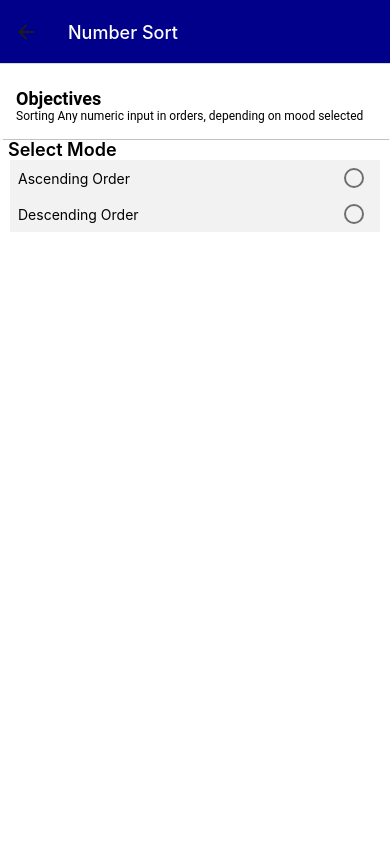
Repository: seyicoded/rn-crazy-algorithm-app
Screen: /Sort_simple_number
The author's editor kept a copy of each file at every save. The screen is drawn from the files as they stood at one save, then again after the next save.
The app was drawn by React Native's web renderer in a window 390 px wide. The project was rebuilt for these pictures with package versions that can differ from the ones it lists, and the page was loaded fresh each time. Also part of the build but not shown: src/screens/sort.js, src/screens/filter.js, src/screens/advance.js, src/screens/sorts/Sort_alphabet.js.

Above is the screen before, as saved 2022-03-30 17:48:21.

### App.js
import 'react-native-gesture-handler';
import { StatusBar } from 'expo-status-bar';
import { StyleSheet, Text, View } from 'react-native';
import Main from './src/main'
export default function App() {
  return (
    <View style={styles.container}>
      <Main />
      <StatusBar style="auto" />
    </View>
  );
}

const styles = StyleSheet.create({
  container: {
    flex: 1,
    backgroundColor: '#fff',
  },
});

### src/main.js
import { View, Text } from 'react-native'
import React from 'react'
import {NavigationContainer} from '@react-navigation/native'
import {createStackNavigator} from '@react-navigation/stack'
import Home from './screens/index'
import Sort from './screens/sort'
import Filter from './screens/filter'
import Advance from './screens/advance'
import Sort_simple_number from './screens/sorts/Sort_simple_number'
import Sort_alphabet from './screens/sorts/Sort_alphabet'

const StackNav = createStackNavigator()

export default function Main() {
  return (
    <NavigationContainer>
        <StackNav.Navigator>
            <StackNav.Screen name="Home" options={{headerMode: 'none'}} component={Home} />
            <StackNav.Screen name="Filter" options={{headerMode: 'none'}} component={Filter} />
            <StackNav.Screen name="Sort" options={{headerMode: 'none'}} component={Sort} />
            <StackNav.Screen name="Advance" options={{headerMode: 'none'}} component={Advance} />

            {/* sort aspect */}
            <StackNav.Screen name="Sort_simple_number" options={{title: 'Number Sort', headerStyle: {backgroundColor: 'darkblue', color: 'white'}, headerTitleStyle: {color: 'white'}}} component={Sort_simple_number} />
            <StackNav.Screen name="Sort_alphabet" options={{title: 'Alphabet Sort', headerStyle: {backgroundColor: 'darkblue', color: 'white'}, headerTitleStyle: {color: 'white'}}} component={Sort_alphabet} />
        </StackNav.Navigator>
    </NavigationContainer>
  )
}

### src/screens/index.js
import { View, Text, StyleSheet, FlatList, TouchableOpacity } from 'react-native'
import React, {useState, useEffect, useRef} from 'react'
import Header from '../layout/header'
import { List, Avatar, Card, Title, Paragraph, Button } from 'react-native-paper';

const data = [
    {
        id: 'Sort',
        image: 'https://picsum.photos/700',
        title: 'Sort',
    },
    {
        id: 'Filter',
        image: 'https://picsum.photos/700',
        title: 'Filter',
    },
    {
        id: 'Advance',
        image: 'https://picsum.photos/700',
        title: 'Advance',
    },
]

export default function Index({route, navigation}) {
    const [color, setColor] = useState('darkblue');
    var timer = null;
    var ColorChanger = useRef('darkblue');


    useEffect(()=>{
        timer = setInterval(()=>{
            // console.log('.')
            ColorChanger.current = (ColorChanger.current == 'darkblue') ? 'darkred' : 'darkblue';
            setColor(ColorChanger.current);
        }, 1000);
        return ()=>{
            clearInterval(timer);
        }
    }, [])

    const styles = StyleSheet.create({
        container: {
          flex: 1,
          width: '100%',
          backgroundColor: '#fff',
        },
        header: {
            fontSize: 16,
            textAlign: 'center',
            marginTop: 20,
            marginBottom: 20,
            color: color,
            fontWeight: '700',
        },
        list: {
            width: '100%',
        },
        card: {
            // backgroundColor: 'red',
            margin: 20,
            shadowColor: '#000',
            shadowOffset: { width: 0, height: 2 },
            shadowOpacity: 0.8,
            elevation: 4
        }
    });

    return (
        <View style={styles.container}>
            <Header title="Home" visible={false} navigation={navigation} />
            <Text style={styles.header}>Let's Prep Shall We</Text>

            <FlatList
                data={data}
                style={styles.list}
                renderItem={({ item }) => {
                    return (
                        <TouchableOpacity onPress={() => navigation.navigate(item.id, {title: item.title})}>
                            <Card style={styles.card}>
                                <Card.Cover source={{ uri: item.image }} />
                                {/* <Card.Actions style={{justifyContent: 'center'}}>
                                    <Button onPress={()=>navigation.navigate(item.id)}>{item.title}</Button>

                                </Card.Actions> */}

                                <Card.Content style={{justifyContent: 'center'}}>
                                    <Title style={{textAlign: 'center', marginTop:12, color: 'darkblue'}}>{item.title}</Title>
                                </Card.Content>
                            </Card>
                        </TouchableOpacity>
                    )
                }}
                numColumns={1}
            />

            {/* <Card>
                <Card.Cover source={{ uri: 'https://picsum.photos/700' }} />

                <Card.Content>
                    <Title>Card title</Title>
                </Card.Content>
            </Card> */}

        </View>
    )
}

### src/screens/sorts/Sort_simple_number.js
import { StyleSheet, Text, View, TouchableOpacity } from 'react-native'
import React from 'react'
import { Banner, RadioButton } from 'react-native-paper';

export default function Sort_simple_number() {
    const [value, setValue] = React.useState('first');
  return (
    <View style={styles.container}>
        <Banner
            visible={true}
            actions={[
            ]}
            >
                <View>
                    <Text style={{fontWeight: '600', fontSize: 18}}>Objectives</Text>
                    <Text />
                    <Text style={{fontSize: 12}}>Sorting Any numeric input in orders, depending on mood selected</Text>
                </View>
        </Banner>
        <Text />
        <Text style={styles.title_element}>Select Mode</Text>

        <RadioButton.Group onValueChange={newValue => setValue(newValue)} value={value}>
            <TouchableOpacity onPress={()=>setValue('first')}>
                <View style={styles.radio}>
                    <Text>Ascending Order</Text>
                    <RadioButton value="ascending" />
                </View>
            </TouchableOpacity>
            <TouchableOpacity onPress={()=>setValue('second')}>
                <View style={styles.radio}>
                    <Text>Descending Order</Text>
                    <RadioButton value="descending" />
                </View>
            </TouchableOpacity>
        </RadioButton.Group>

    </View>
  )
}

const styles = StyleSheet.create({
    container: {
        flex: 1,
        backgroundColor: '#fff',
    },
    title_element: {
        fontWeight: '600',
        fontSize: 18,
        paddingLeft: 8
    },
    radio: {
        flexDirection: 'row',
        justifyContent: 'space-between',
        alignItems: 'center',
        marginHorizontal: 10,
        backgroundColor: 'rgba(0, 0, 0, 0.05)',
        paddingHorizontal: 8,
    }
})

### src/layout/header.js
import { View, Text } from 'react-native'
import React, {useState, useEffect} from 'react'
import { Appbar } from 'react-native-paper';

export default function Header({title, visible, navigation}) {
    // const [visible, setVisible] = useState(false);

    if(visible){
        return (
            <Appbar.Header style={{backgroundColor: 'darkblue'}}>
                {
                    (visible) ?
                    <Appbar.BackAction onPress={()=>navigation.goBack()} />
                    :<></>
                }
                <Appbar.Content title={title} />
            </Appbar.Header>
          )
    }else{
        return (
            <Appbar.Header style={{backgroundColor: 'darkblue'}}>
                <Appbar.Content title={title} />
            </Appbar.Header>
          )
    }

}

After the next save:
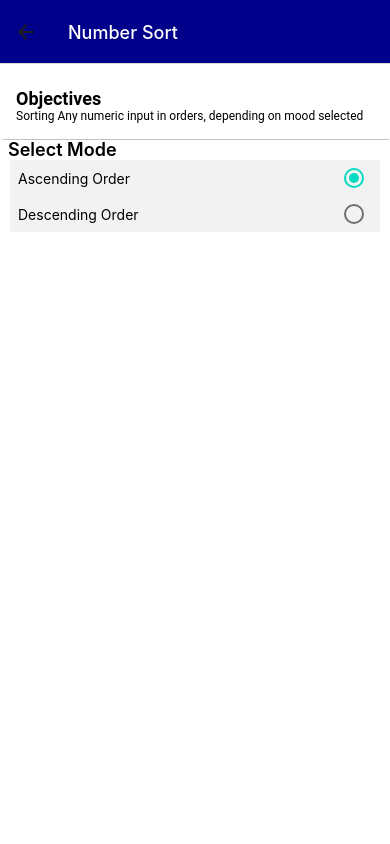
Saved 19 s later.
--- a/src/screens/sorts/Sort_simple_number.js
+++ b/src/screens/sorts/Sort_simple_number.js
@@ -3,7 +3,7 @@ import React from 'react'
 import { Banner, RadioButton } from 'react-native-paper';
 
 export default function Sort_simple_number() {
-    const [value, setValue] = React.useState('first');
+    const [value, setValue] = React.useState('ascending');
   return (
     <View style={styles.container}>
         <Banner
@@ -21,13 +21,13 @@ export default function Sort_simple_number() {
         <Text style={styles.title_element}>Select Mode</Text>
 
         <RadioButton.Group onValueChange={newValue => setValue(newValue)} value={value}>
-            <TouchableOpacity onPress={()=>setValue('first')}>
+            <TouchableOpacity onPress={()=>setValue('ascending')}>
                 <View style={styles.radio}>
                     <Text>Ascending Order</Text>
                     <RadioButton value="ascending" />
                 </View>
             </TouchableOpacity>
-            <TouchableOpacity onPress={()=>setValue('second')}>
+            <TouchableOpacity onPress={()=>setValue('descending')}>
                 <View style={styles.radio}>
                     <Text>Descending Order</Text>
                     <RadioButton value="descending" />
